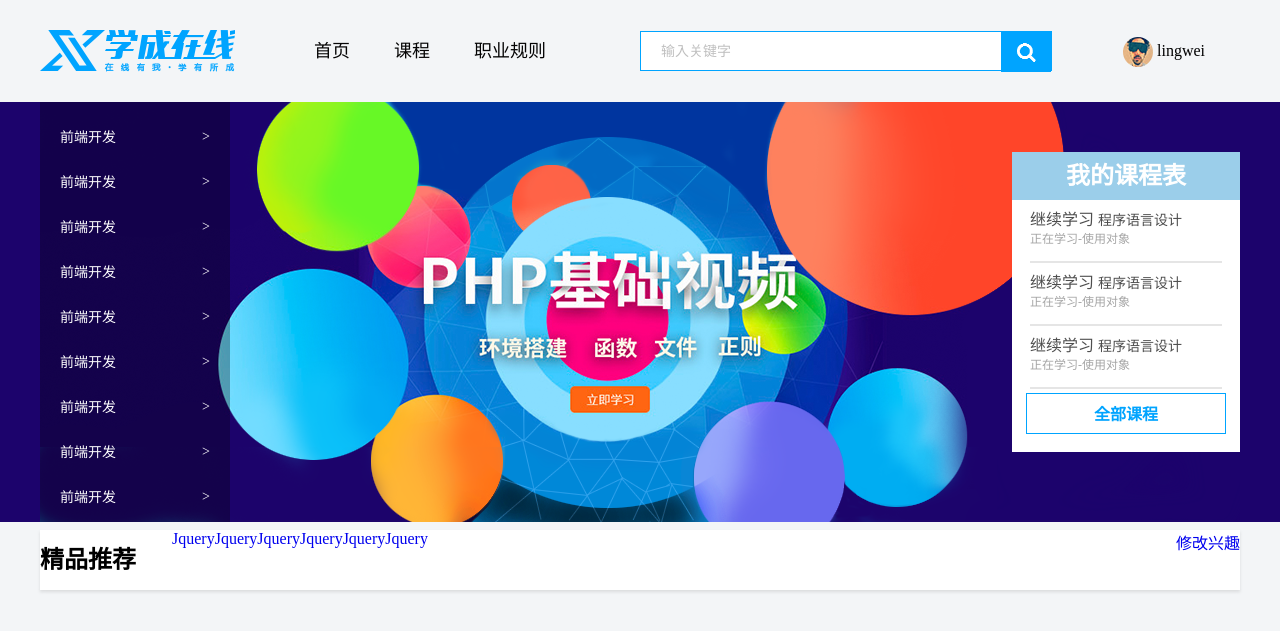
Repository: DengBiHua/xcdx
Page: index.html
An editor plug-in stored every save of this project. The page is shown before and after the next save, followed by the edit.
The browser window is 1280 px wide. The pictures show the whole page.

Above is the page before, as saved 2022-04-14 23:21:06.

### index.html
<!DOCTYPE html>
<html lang="en">
<head>
    <meta charset="UTF-8">
    <meta http-equiv="X-UA-Compatible" content="IE=edge">
    <meta name="viewport" content="width=device-width, initial-scale=1.0">
    <title>学成在线</title>
    <link rel="stylesheet" href="css/index.css">
</head>
<body>
    <!-- 头部 -->
    <div class="header wrapper">
        <h1>
            <a href="#">
                <img src="images/logo.png" alt="">
            </a>
        </h1>
        <!-- 导航 -->
        <div class="nav">
            <ul>
                <li><a href="#">首页</a></li>
                <li><a href="#">课程</a></li>
                <li><a href="#">职业规则</a></li>
            </ul>
        </div>
        <!-- 搜索 -->
        <div class="search">
            <input type="text" placeholder="输入关键字">
            <button></button>
        </div>
        <!-- 用户 -->
        <div class="user">
            <img src="./images/user.png" alt="">
            <span>lingwei</span>
        </div>
    </div>
    <div class="banner">
        <div class="wrapper">
            <div class="left">
                <ul>
                    <li><a href="#">前端开发<span>></span></a></li>
                    <li><a href="#">前端开发<span>></span></a></li>
                    <li><a href="#">前端开发<span>></span></a></li>
                    <li><a href="#">前端开发<span>></span></a></li>
                    <li><a href="#">前端开发<span>></span></a></li>
                    <li><a href="#">前端开发<span>></span></a></li>
                    <li><a href="#">前端开发<span>></span></a></li>
                    <li><a href="#">前端开发<span>></span></a></li>
                    <li><a href="#">前端开发<span>></span></a></li>
                </ul>
            </div>
            <div class="right">
                <h2>我的课程表</h2>
                <div class="content">
                    <dl>
                        <dt>
                            <span class="titleLeft">继续学习</span>
                            <span class="titleRight">程序语言设计</span>
                        </dt>
                        <dd>正在学习-使用对象</dd>
                    </dl>
                    <dl>
                        <dt>
                            <span class="titleLeft">继续学习</span>
                            <span class="titleRight">程序语言设计</span>
                        </dt>
                        <dd>正在学习-使用对象</dd>
                    </dl>
                    <dl>
                        <dt>
                            <span class="titleLeft">继续学习</span>
                            <span class="titleRight">程序语言设计</span>
                        </dt>
                        <dd>正在学习-使用对象</dd>
                    </dl>
                </div>
                <a href="#" class="all">全部课程</a>
            </div>
        </div>
    </div>
    <!-- 精品推荐 -->
    <div class="recommend wrapper">
        <h2>精品推荐</h2>
        <ul>
            <li><a href="#">Jquery</a></li>
            <li><a href="#">Jquery</a></li>
            <li><a href="#">Jquery</a></li>
            <li><a href="#">Jquery</a></li>
            <li><a href="#">Jquery</a></li>
            <li><a href="#">Jquery</a></li>
        </ul>
        <a href="#" class="interest">修改兴趣</a>
    </div>
</body>
</html>

### css/index.css
/* css代码顺序
1、浮动/display
2、盒子模型
3、文字样式
 */

/* 通用模版 */
* {
    margin: 0;
    padding: 0;
    /* 内减模式 */
    box-sizing: border-box;
}
li {
    /* 清除列表前方小圆点 */
    list-style-type: none;
}
a {
    /* 去除超链接文字的下划线 */
    text-decoration: none;
}
.clearfix::before,.clearfix::after {
    content: "";
    display: table;
}
.clearfix::after {
    clear: both;
}

/* 版心 */
.wrapper {
    width: 1200px;
    margin: 0 auto;
}

body {
    background-color: #f3f5f7;
}

/* 头部 */
.header {
    height: 42px;
    margin: 30px auto;
}

h1 {
    float: left;
}

/* 导航 */
.nav {
    float: left;

    height: 42px;
    margin-left: 70px;
}

.nav li {
    float: left;

    margin-right: 26px;
}

.nav li a {
    display: block;

    padding: 0 9px;
    height: 42px;
    line-height: 42px;

    font-size: 18px;
    color: #050505;
}

.nav li a:hover {
    border-bottom: 2px solid #00a4ff;
}

.search {
    float: left;
    margin-left: 59px;
    margin-top: 1px;
    width: 412px;
    height: 40px;
    border: 1px solid #00a4ff;
}

.search input {
    float: left;
    padding-left: 20px;
    width: 360px;
    height: 38px;
    border: 0;
}

.search input::placeholder {
    font-size: 14px;
    color: #bfbfbf;
}

.search button {
    float: left;
    width: 50px;
    height: 40px;
    background-image: url(../images/btn.png);
    border: 0;
}

.user {
    float: right;
    margin-right: 35px;
    height: 42px;
    line-height: 42px;
}

.user img {
    /* 调节图片垂直方向对齐方式 */
    vertical-align: middle;
}

.banner {
    height: 420px;
    background-color: #1c036c;
}

.banner .wrapper {
    height: 420px;
    background-image: url(../images/banner2.png);
}

.banner .left {
    float: left;
    padding: 0 20px;
    width: 190px;
    height: 420px;
    background-color: rgba(0, 0, 0, 0.3);
    line-height: 44px;
}

.banner ul {
    margin-top: 13px;
}

.banner a {
    font-size: 14px;
    color: #ffffff;
}

.banner a:hover {
    color: #00b4ff;
}

.banner .left span {
    float: right;
}

.banner .right {
    float: right;
    margin-top: 50px;
    width: 228px;
    height: 300px;
    background-color: #ffffff;
}

.banner .right h2 {
    height: 48px;
    background-color: #9bceea;
    font: 18px;
    color: #ffffff;
    text-align: center;
    line-height: 48px;
}

.banner .content {
    padding: 0 18px;
}

.banner .right dl {
    padding: 12px 0;
    border-bottom: 2px solid #e5e5e5;
}

.banner .right .content dt {
    color: #4e4e4e;
    line-height: 16px;
}

.banner .right .titleLeft {
    font-size: 16px;
}

.banner .right .titleRight {
    font-size: 14px;
}

.banner .right .content dd {
    color: #a5a5a5;
    font-size: 12px;
    line-height: 20px;
}

.banner .right .all {
    display: block;
    margin: 4px auto 0;
    width: 200px;
    height: 41px;
    border: 1px solid #00a4ff;
    font-weight: 700;
    font-size: 16px;
    color: #00a4ff;
    text-align: center;
    line-height: 41px;
}

.recommend {
    margin-top: 8px;
    height: 60px;
    background-color: #ffffff;
    box-shadow: 0px 2px 3px 0px rgba(118, 118, 118, 0.2);
}

.recommend h2 {
    float: left;
    width: 132px;
    /* height: 60px; */
    line-height: 60px;
}

.recommend ul {
    float: left;
}

.recommend ul li {
    float: left;
}

.recommend .interest {
    float: right;
}

After the next save:
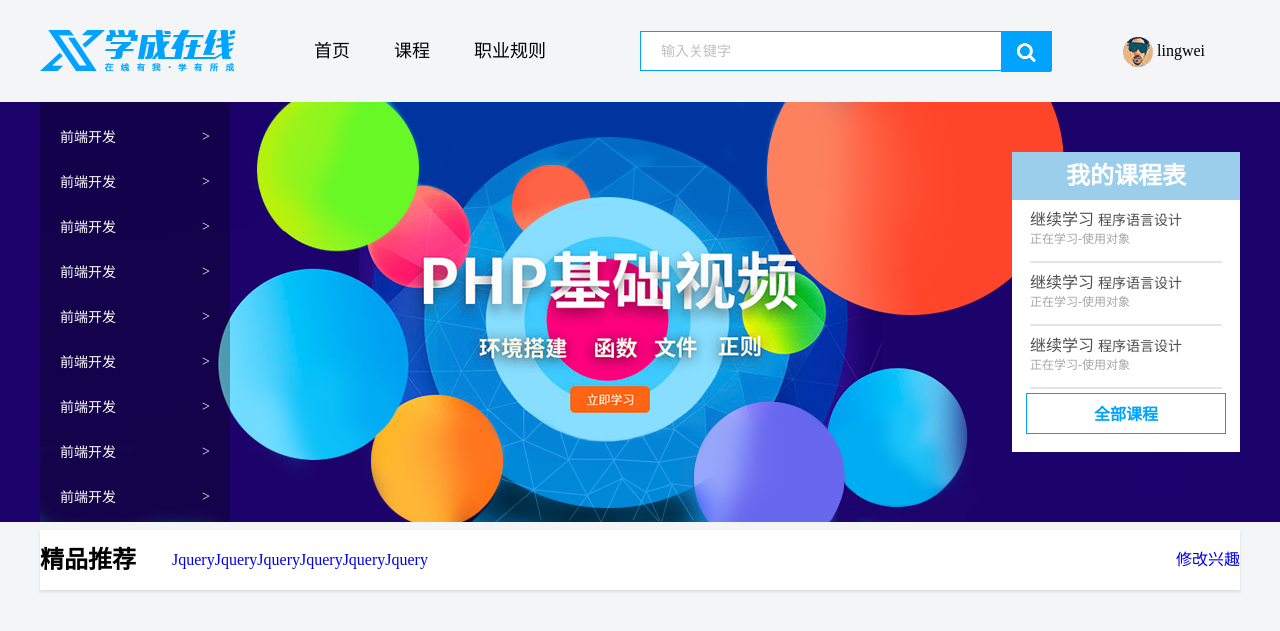
Saved 76 s later.
--- a/css/index.css
+++ b/css/index.css
@@ -217,13 +217,12 @@
     height: 60px;
     background-color: #ffffff;
     box-shadow: 0px 2px 3px 0px rgba(118, 118, 118, 0.2);
+    line-height: 60px;
 }
 
 .recommend h2 {
     float: left;
     width: 132px;
-    /* height: 60px; */
-    line-height: 60px;
 }
 
 .recommend ul {
